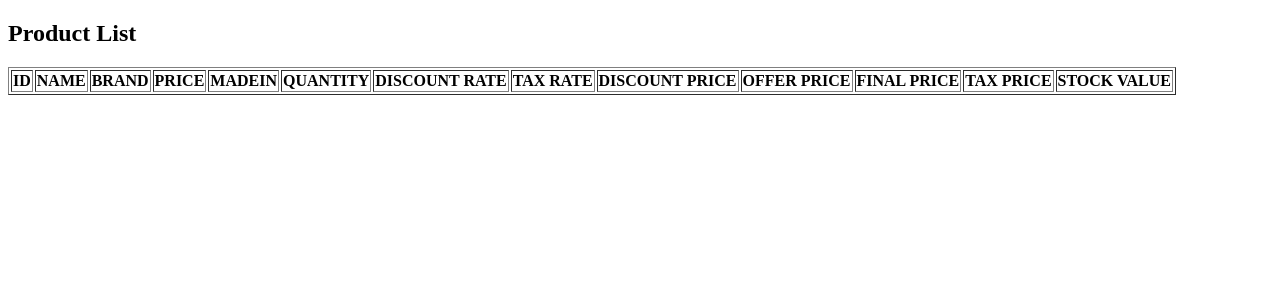
Repository: sohail1810/Product
Page: http://localhost/Product-list
The author's editor kept a copy of each file at every save. The page is drawn from the files as they stood at one save, then again after the next save.
The browser window is 1280 px wide. The pictures show the whole page.
The page is this project's Thymeleaf template; nobody is signed in. The template is opened directly, without the code that normally fills it, so the values that code supplies are empty.

Above is the page before, as saved 2024-12-20 06:31:21.

After the next save:
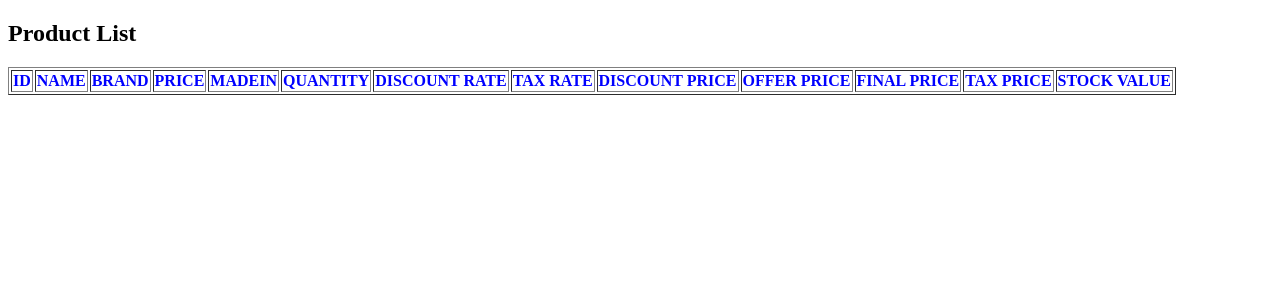
Saved 44 s later.
--- a/SpringBootMVC-1/src/main/resources/templates/Product-list.html
+++ b/SpringBootMVC-1/src/main/resources/templates/Product-list.html
@@ -9,7 +9,7 @@
 <h2>Product List</h2>
 <table border="1">
 <thead></thead>
-<tr>
+<tr style="color: blue;">
 <th>ID</th>
 <th>NAME</th>
 <th>BRAND</th>
